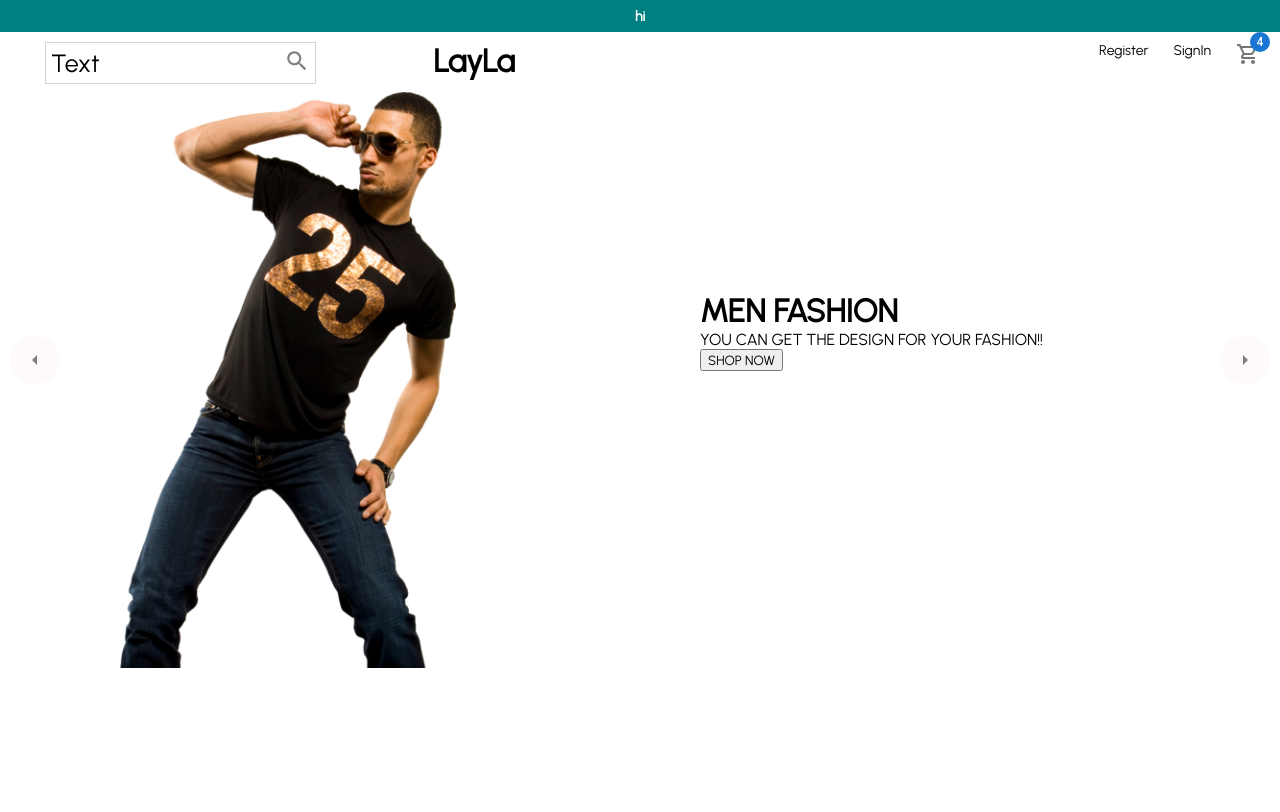
Repository: WaiMaungMaung/React_Ecom
Page: /
An editor plug-in stored every save of this project. The page is shown before and after the next save, followed by the edit.
The browser window is 1280 px wide. The pictures show the whole page.
The project was rebuilt for these pictures with package versions that can differ from the ones it lists, and the page was loaded fresh each time.

Above is the page before, as saved 2022-05-06 13:38:41.

### public/index.html
<!DOCTYPE html>
<html lang="en">
  <head>
    <meta charset="utf-8" />
    <link rel="icon" href="%PUBLIC_URL%/favicon.ico" />

    <link
      href="https://fonts.googleapis.com/css2?family=Urbanist&display=swap"
      rel="stylesheet"
    />

    <style>
      * {
        margin: 0;
        font-family: "Urbanist", sans-serif;
      }
    </style>
    <title>React App</title>
  </head>
  <body>
    <noscript>You need to enable JavaScript to run this app.</noscript>
    <div id="root"></div>
  </body>
</html>

### src/pages/Home.jsx
import React from "react";
import Announcements from "../components/Announcements";
import NavBar from "../components/NavBar";
import Slider from "../components/Slider";
const Home = () => {
  return (
    <div>
      <Announcements />

      <NavBar />
      <Slider />
    </div>
  );
};

export default Home;

### src/components/Announcements.jsx
import styled from "@emotion/styled";
const Container = styled.div`
  background-color: teal;
  height: 32px;
  display: flex;
  align-items: center;
  justify-content: center;
  color: white;
  font-size: 14px;
  font-weight: bold;
`;

const Announcements = () => {
  return <Container>hi</Container>;
};

export default Announcements;

### src/components/NavBar.jsx
import { Search, ShoppingCartOutlined } from "@material-ui/icons";
import React from "react";
import styled from "styled-components";
import { Badge } from "@mui/material";
const Container = styled.div`
  height: 60px;
`;

const Wrapper = styled.div`
  padding: 10px 20px;
  align-item: center;
  display: flex;
  justify-content: space-between;
`;

const SearchContainer = styled.div`
  border: 0.5px solid lightgray;
  margin-left: 25px;
  display: flex;
  align-item: center;
  padding: 5px;
`;
const Input = styled.input`
  border: none;
  margin-left: 20px;
  font-size: 14px;
`;

const Language = styled.span`
  font-size: 25px;
  cursor: pointer;
`;
const Left = styled.div`
  flex: 1;
  display: flex;
`;

const Center = styled.div`
  flex: 1;
`;

const Logo = styled.h1`
  font-weight: bold;
`;

const MenuItem = styled.div`
  font-size: 14px;
  cursor: pointer;
  align-item: center;
  margin-left: 25px;
`;
const Right = styled.div`
  flex: 1;
  display: flex;
  align-item: center;
  justify-content: flex-end;
`;
const NavBar = () => {
  return (
    <Container>
      <Wrapper>
        <Left>
          <SearchContainer>
            <Language>Text</Language>
            <Input />
            <Search style={{ color: "grey", fontSize: "26px" }} />
          </SearchContainer>
        </Left>
        <Center>
          <Logo>LayLa</Logo>
        </Center>
        <Right>
          <MenuItem>Register</MenuItem>
          <MenuItem>SignIn</MenuItem>

          <MenuItem>
            <Badge badgeContent={4} color="primary">
              <ShoppingCartOutlined color="action" />
            </Badge>
          </MenuItem>
        </Right>
      </Wrapper>
    </Container>
  );
};

export default NavBar;

### src/components/Slider.jsx
import styled from "@emotion/styled";
import { ArrowLeftOutlined, ArrowRightOutlined } from "@material-ui/icons";
import React from "react";
import Clothes from "../img/clothes.png";
const Container = styled.div`
  width: 100%;
  height: 100vh;
  display: flex;
`;
const Arrow = styled.div`
  width: 50px;
  height: 50px;
  background-color: #fff7f7;
  border-radius: 50%;
  display: flex;
  align-items: center;
  justify-content: center;
  position: absolute;
  top: 0;
  bottom: 0;
  margin: auto;
  cursor: pointer;
  opacity: 0.5;
  left: ${(props) => props.direction === "left" && "10px"};
  right: ${(props) => props.direction === "right" && "10px"};
`;
const Slide = styled.div`
  display: flex;
  height: 100vh;
  width: 100vw;
  align-item: center;
`;

const Image = styled.img`
  height: 80%;
`;
const ImgContainer = styled.div`
  height: 100%;
  margin-left: 120px;
  flex: 1;
`;
const Wrapper = styled.div`
  height: 100%;
`;
const InfoContainer = styled.div`
  flex: 1;
  padding: 200px;
`;

const Title = styled.h1``;
const Desc = styled.p``;
const Button = styled.button``;
const Slider = () => {
  return (
    <Container>
      <Arrow direction="left">
        <ArrowLeftOutlined />
      </Arrow>
      <Wrapper>
        <Slide>
          <ImgContainer>
            <Image src={Clothes} />
          </ImgContainer>
          <InfoContainer>
            <Title>MEN FASHION</Title>
            <Desc>YOU CAN GET THE DESIGN FOR YOUR FASHION!!</Desc>
            <Button>SHOP NOW</Button>
          </InfoContainer>
        </Slide>
      </Wrapper>

      <Arrow direction="right">
        <ArrowRightOutlined />
      </Arrow>
    </Container>
  );
};

export default Slider;

Loaded but not shown: src/index.js (common file); src/App.js (common file)

After the next save:
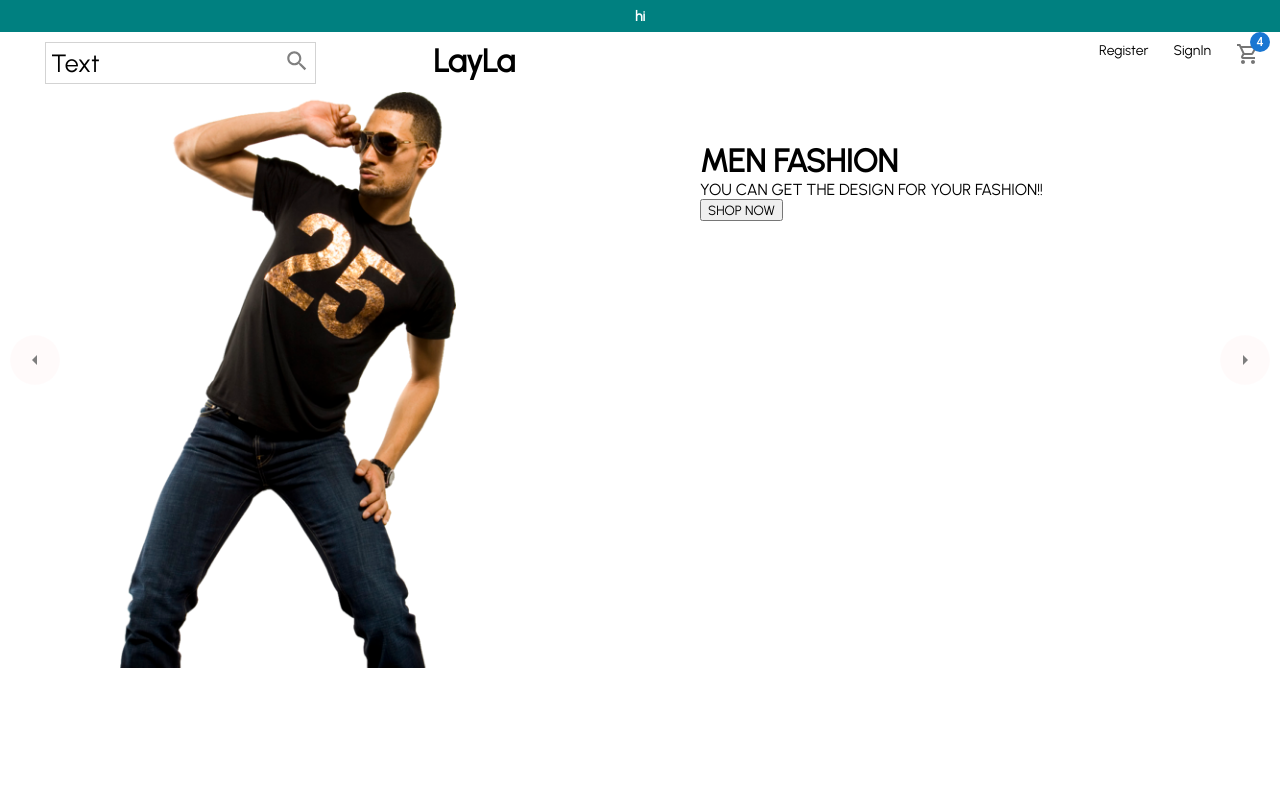
Saved 8 s later.
--- a/src/components/Slider.jsx
+++ b/src/components/Slider.jsx
@@ -44,7 +44,7 @@ const Wrapper = styled.div`
 `;
 const InfoContainer = styled.div`
   flex: 1;
-  padding: 200px;
+  padding: 50px;
 `;
 
 const Title = styled.h1``;
